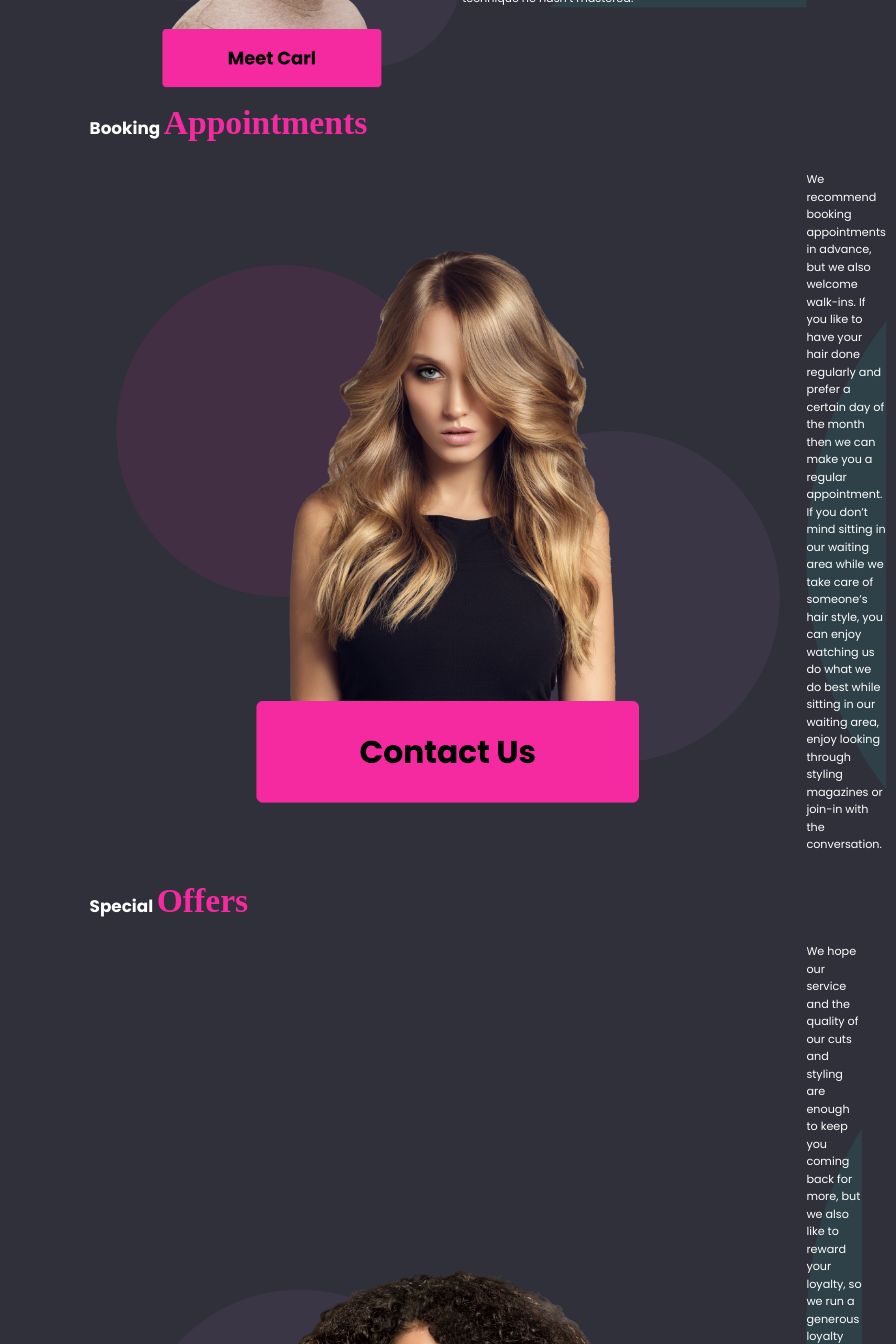
Repository: Troy-Bolt/verustroy-
Page: index.html
The author's editor kept a copy of each file at every save. The page is drawn from the files as they stood at one save, then again after the next save.
The browser window is 1280 px wide. The pictures show the part of the page from y = 2398 to 4318 px (the page is 9840 px tall before and 9380 px after), at 70% of full size.
Backgrounds fixed to the window are drawn as part of the page. Some web fonts or font styles are not loaded; a fallback is used.

Above is the page before, as saved 2022-04-27 09:07:24.

### index.html
<!DOCTYPE html>
<html lang="en">

<head>
    <meta charset="UTF-8">
    <meta http-equiv="X-UA-Compatible" content="IE=edge">
    <meta name="viewport" content="width=device-width, initial-scale=1.0">
    <title>Verus Amor</title>
    <link rel="stylesheet" href="/CSS/style.css">
    <script defer src="navbar.js"></script>
    <link href="https://fonts.googleapis.com/icon?family=Material+Icons" rel="stylesheet">
</head>

<body>
    <header>
        <h1 class="logo"><a class="current" href="/index.html" class="homepage-link">Verus Amor Barbers & Salon</a></h1>
        <input type="checkbox" name="" id="nav-toggle" class="nav-toggle">
        <nav>
            <ul class="size">
                <li><a href="/treatments.html">Treatments & Prices</a></li>
                <li><a href="/team.html">Team & Salon</a></li>
                <li><a href="/contact.html">Contact Us</a></li>
            </ul>
        </nav>
        <label for="nav-toggle" class="nav-toggle-label">
            <span></span>
        </label>
    </header>
    <div class="container">
        <h1 id="top-space">More than just <span>Hair</span></h1>

        <div class="row">

           <a class="colb" href=""><img src="img/AboutUs.png" alt="" class="col"></a>
            <p class="test text col">Verus Amor translates to True Love, something we show everyday in our work. Every
                cut,
                every colour, every shave is done with the utmost love, care and attention to detail. We love what we
                do,
                and nothing makes us happier than seeing our clients walk out of our salon looking their best - proudly
                showing off their new hair style along with a beaming smile. This makes us proud. So if you need a trim
                or
                fancy a new look, come and let us take care of you.</p>
        </div>

        <h1>Ethical <span>Treatments</span></h1>
        <div class="row">

            <a class="colb" href=""> <img src="img/EthTreatments.png" alt=""></a>
            <p class="test text col left-side">We believe in using vegan, sustainable and ethical products that don’t harm
                animals. We
                source from companies that leave less of a footprint on Mother Earth, and check their solutions are
                cruelty-free. You can relax, safe in the knowledge that whatever we’re using to style your hair has been
                checked and comes from an ethical and responsible place. There is enough cruelty in this world, and we
                believe that hairdressers and barbers can do their bit.</p>
        </div>
        <h1>Ladies' <span>Hairdressers</span></h1>
        <div class="row">

            <a class="colb" href="">  <img src="img/MeetDonna.png" alt=""></a>
            <p class="test text col">
                Donna has over two decades of experience cutting, colouring & styling ladies’ hair, with qualifications,
                accreditations & certifications covering everything from the basics of styling to more complex
                treatments. Skilled in blended ombré style & free-hand painted balayage colour techniques, & certified
                for OLAPLEX bond-building technology, this senior stylist is highly skilled in modern and traditional
                hairdressing, offering bespoke service to each client.
            </p>
        </div>
        <h1>Gents' <span>Barber</span></h1>
        <div class="row">

            <a class="colb" href="">  <img src="img/MeetCarl.png" alt=""></a>
            <p class="test text col">
                Master Barber Carl has been crafting fresh, stylish looks for men since before the millennium, & has a
                wealth of experience to help his clients in the barber’s chair. Beards, nasal hair, eyebrows, sideburns,
                modern, classic & traditional hairstyles - whatever the hair, he’ll help you make the most of it &
                ensure you leave feeling like a new man. His purpose in life is to make men look & feel great, and there
                isn’t a style or technique he hasn’t mastered.
            </p>
        </div>
        <h1>Booking <span>Appointments</span></h1>
        <div class="row">
            <img src="img/ContactUs.png" alt="">
            <p class="test text col">
                We recommend booking appointments in advance, but we also welcome walk-ins. If you like to have your
                hair done regularly and prefer a certain day of the month then we can make you a regular appointment. If
                you don’t mind sitting in our waiting area while we take care of someone’s hair style, you can enjoy
                watching us do what we do best while sitting in our waiting area, enjoy looking through styling
                magazines or join-in with the conversation.
            </p>
        </div>
        <h1>Special <span>Offers</span></h1>
        <div class="row">
            <img src="img/OurOffers.png" alt="">
            <p class="test text col">
                We hope our service and the quality of our cuts and styling are enough to keep you coming back for more,
                but we also like to reward your loyalty, so we run a generous loyalty scheme. We also recognise that
                senior citizens have earned the right to some friendly pricing, while children generally have smaller
                heads and parents have limited budgets, so we provide special prices for children under 12, plus those
                lucky enough to be enjoying their pension.
            </p>
        </div>
        <h1>Specialist <span>Products</span></h1>
        <div class="row">
            <img src="img/Services&Prices.png" alt="">
            <p class="test text col">
                Experience teaches us that using premium products doesn’t have to cost a fortune, but makes a big
                difference to the quality and the desired outcome, so we source the very best products to help us do our
                job properly, and make you look amazing. We are accredited and trained on some of the world’s most
                exciting brands, including OLAPLEX, PULP RIOT and FUDGE. We use these products on you in the salon &
                barbers, also offering them to clients.
            </p>
        </div>
    </div>
    <div class="container">
        <img src="img/ProductBanner.png" alt="" class="full-width">
        <div class="full-width reviews">
            <div class="tests">
                <h1>Our <span>Reviews</span></h1>
            </div>
        </div>
        <div class="carousel">
            <div class="slider">
                <section class="test-1">Always a friendly, professional experience with good advice and prices</section>
                <section class="test-1">Great cut, priced reasonably and lovely people</section>
                <section class="test-1">my wife used the salon  & is very pleased with results</section>
                <section class="test-1">Very nice couple</section>
            </div>
            <div class="control">
                <span class="arrow left">
                    <i class="material-icons">
                        keyboard_arrow_left
                    </i>
                </span>
                <span class="arrow right">
                    <i class="material-icons">
                        keyboard_arrow_right
                    </i>
                </span>
                <ul>
                    <li class="selected"></li>
                    <li></li>
                    <li></li>
                    <li></li>
                </ul>
            </div>
        </div>
    </div>
    <div class="container">
        <h1>Get <span>Directions</span></h1>
        <div class="row">
            <img src="img/FindUs.png" alt="">
            <p class="test text col">
                Experience teaches us that using premium products doesn’t have to cost a fortune, but makes a big
                difference to the quality and the desired outcome, so we source the very best products to help us do our
                job properly, and make you look amazing. We are accredited and trained on some of the world’s most
                exciting brands, including OLAPLEX, PULP RIOT and FUDGE. We use these products on you in the salon &
                barbers, also offering them to clients.
            </p>
        </div>
    </div>
    <iframe
        src="https://www.google.com/maps/embed?pb=!1m14!1m8!1m3!1d2412.6754060766534!2d0.735687!3d52.792161!3m2!1i1024!2i768!4f13.1!3m3!1m2!1s0x0%3A0xb57b11c6038ff279!2sVerus%20Amor%20Barbers%20%26%20Ladies%20Salon!5e0!3m2!1sen!2suk!4v1649070369054!5m2!1sen!2suk"
        width="100%" height="600" style="border:0;" allowfullscreen="" loading="lazy"
        referrerpolicy="no-referrer-when-downgrade"></iframe>


    </div>

    <div class="footer">
    <div class="row">
        <div class="grid">
            <h1 class="grid-main">.</h1>
        </div>
        <div class="gridA">

            <span class="foot">Twitter</span>
            <span class="foot">Facebook</span>

        </div>


   </div>


<div class="row">
    <div class="gridS"></div>
    <div class="gridB">
        <p>01328 633037</p>
        <p>Verus Amor Barbers & Ladies Salon</p>
        <p>The Kiptons, Blenheim Square, West Raynham, NR21 7PA</p>
    </div>
</div>
</body>
<script src="carousel.js"></script>

</html>

### CSS/style.css
@import url('https://fonts.googleapis.com/css2?family=Poppins:ital,wght@0,100;0,200;0,300;0,400;0,500;0,600;0,700;0,800;0,900;1,100;1,200;1,300;1,400;1,500;1,600;1,700;1,800;1,900&family=WindSong:wght@400;500&display=swap');


*, *::before, *::after {
    box-sizing: border-box;
}

/* html,body {
    width: 100%;
    height: 100%;
    padding: 0;
    overflow-x: hidden;
} */

body {
    margin: 0;
    background-color: #2F303A;
    color: #fff;
    font-family: Poppins;
}

#top-space {
    margin-top: 2.6em;
}

.container {
    width: 80%;
    max-width: 1400px;
    margin: 0 auto;
}

h1 {
    font-size: 1.5rem;
}

span {
    color: #F62AA0;
    font-size: 3rem;
}

.test {

    background-image: url('/img/HomePageTextBubble.png');

}


img {
    max-width: 100%;
    width: 50%;
    object-fit:scale-down;
}


.text {
    align-self: center;
}

@media (min-width: 800px) {
    .row {
        display: flex;
        justify-content: space-between;
    }
}

@media (max-width: 800px) {
    img {
        width: 100%;
    }
}

.row img{
    flex:70%;
    width: 100%;
}

.row p {
  flex:90%
}
span {
    font-family: 'WindSong', cursive;
}

.full-width {
    width: 100%;
}

.footer {
    /* background-image: url('/img/Footer.png'); */
    width: 100%;
    background-size: contain;
    background-repeat: no-repeat ;
    /* padding-top: 2.5em; */
    /* padding: 2.5em; */
}

@import url('https://fonts.googleapis.com/icon?family=Material+Icons');

.carousel {
    height: 600px;
    overflow: hidden;
    position: relative;
    border-radius: 5px;
    box-shadow: 0 0 4px rgba(0, 0, 0, 0.2), 0 4px 10px rgba(0, 0, 0, 0.1);
  }
  .slider {
    display: flex;
    height: 100%;
    width: 400%;
  }
  .slider section {
    flex-basis: 100%;
    justify-content: center;
    align-items: center;
    display: flex;
    font-size: 20px;
  }
  .left, .right {
    position: absolute;
    top: 50%;
    transform: translateY(-50%);
    cursor: pointer;
  }
  .arrow i {
    font-size: 70px;
    -webkit-user-select: none;
    color: #CDCDCD;
  }
  .left {
    left: 10px;
  }
  .right {
    right: 10px;
  }
  .control ul {
    list-style: none;
    display: flex;
    position: absolute;
    bottom: 0;
    left: 50%;
    margin: 0;
    padding: 0;
    transform: translate(-50%);
  }
  .control ul li {
    width: 10px;
    height: 10px;
    background: #333;
    border: 2px solid #333;
    border-radius: 50px;
    margin: 10px;
    cursor: pointer;

  }
  .control ul li.selected {
    background: transparent;
  }

  .test-1 {
      background-image: url(../img/Choosing-1.png);
      background-repeat: no-repeat;
      background-attachment: fixed;
      background-size: cover;
  }


@media (max-width: 600px) {
    .test-1{
        padding-left:4rem;
        padding-right:2rem;
    }

    .test-2{
        padding-left:4rem;
        padding-right:2rem;
    }
}




.reviews h1 {
    margin: 0;
}


/* nav */

.logo {
    font-size: 1.5rem;
    }

    header {
        background: #202027;
        text-align: center;
        position: fixed;
        z-index: 999;
        width: 100%;
        top: 0;
    }

    .nav-toggle {
        display: none;
    }

    .nav-toggle-label {
        position: absolute;
        top: 0;
        left: 0;
        margin-left: 1em;
        height: 100%;
        display: flex;
        align-items: center;
    }

    .nav-toggle-label span,
    .nav-toggle-label span::before,
    .nav-toggle-label span::after {
        display: block;
        background: #fff;
        height: 2px;
        width: 0.4em;
        border-radius: 2px;
        position: relative;
    }

    .nav-toggle-label span::before,
    .nav-toggle-label span::after {
        content: '';
        position: absolute;
    }

    .nav-toggle-label span::before {
        bottom: 7px;
    }
    .nav-toggle-label span::after {
        top: 7px;
    }

    nav {
        position: absolute;
        text-align: left;
        top: 100%;
        left: 0;
        background: #202027;
        width: 100%;
        transform: scale(1, 0);
        transform-origin: top;
        transition: transform 400ms ease-in-out;
    }

    nav ul {
        margin: 0;
        padding: 0;
        list-style: none;
    }

    nav li {
        margin-bottom: 1em;
        margin-left: 1em;
    }

    nav a {
        color: white;
        text-decoration: none;
        font-size: 1rem;
        opacity: 0;
        transition: opacity 150ms ease-in-out;
    }

    nav a:hover {
    color: gold;
    }

    .current {
        color: #fff;
    }

    li a:is(:link,:active).active {
        background-color: #443144;
        padding: 1.5rem;
        color: #443144;
    }
    a:is(:link,:active).active {
        color: gold;
    }

    nav:visited{
        text-decoration: none;
    }

    .nav-toggle:checked ~ nav{
    transform: scale(1, 1);
    }

    .nav-toggle:checked ~ nav a {
        opacity: 1;
        transition: opacity 250ms ease-in-out 250ms;
    }

    @media screen and (min-width: 1000px) {
        .nav-toggle-label {
            display: none;
        }
        header {
            display: grid;
            grid-template-columns: 1fr auto minmax(600px, 3fr) 1fr;
        }
        .logo {
            grid-column: 2 / 3;
        }
        nav {
            all: unset;
            grid-column: 3 / 4;
            display: flex;
            justify-content: flex-end;
            align-items: center;
        }
        nav a {
            opacity: 1;
            position: relative;
        }
        nav a::before {
            content: ' ';
            display: block;
            height: 5px;
            background: #DFAF1F;
            position: absolute;
            top: -.75em;
            left: 0;
            right: 0;
            transform: scale(0, 1);
            transition: transform ease-in-out 250ms;
        }
        nav a:hover::before {
            transform: scale(1, 1);
        }
        nav ul {
            display: flex;
            justify-content: flex-end;
        }
        nav li {
            margin-left: 3em;
            margin-bottom: 0;
        }
    }

    @media (min-width: 1900px) {
    .logo {
        font-size: 3rem;
    }
    nav a {
        font-size: 1.5rem;
    }
}

    /* @media (min-width: 0px) {
        p { font-size: 1rem; }
        h4 { font-size: 1.5rem; }
        h3 { font-size: 2rem; }
        h2 {font-size: 2.5rem}
        h1 {font-size: 3rem}
        span { font-size: 5rem}
      }

      @media (min-width: 400px) {
        p { font-size: calc(1rem + 1vw); }
        h4 { font-size: calc(1.5rem + 1vw);}
        h3 { font-size: calc(2rem + 1vw);}
        h2 { font-size: calc(2.5rem + 1vw);}
        h1 { font-size: calc(3rem + 1vw);}
        span { font-size: calc(5rem + 1vw);}
      }

      @media (min-width: 1001px){
        p { font-size: 1.75rem; }
        h4 { font-size: 1.75; }
        h3 {font-size: 2.75rem;}
        h2 { font-size: 3.75rem;}
        h1 {font-size: 4.25rem;}
        span {font-size: 6.25rem;}
      } */


      .img-centered {
          width: 100%;
      }

      .space {
          margin-bottom: 4em;
      }

      .pink-text {
          font-size:6rem;
      }

      .footer-layout {
          display: grid;
          grid-auto-rows: repeat(3, 1fr);

      }

      .footer{
        background-image: url('/img/Footer.png');
        width: 100%;
        background-size: cover;
      }

   @media(max-width:400px){
       .footer{
        background-image: url('/img/Footer.png');
        width: 100%;
        background-size: contain;
       }
   }

      .foot{
          padding-left: 1.5rem;
          font-family: "poppins";
          color: white;
            font-size: 1.5rem;





      }


   .grid-main{
       font-size:2.5rem;
      padding-left: 4.5rem;
      margin-top: 6rem;




   }
   @media (max-width: 750px){
         .grid-main{
              font-size:1.5rem;
         }

   }

   /* .grid{
       width: 70%;
         float:left;

   }

   .gridA{
       width: 30%;
         float:left;

   } */

  .gridA{

  }


            @media screen and (min-width: 1000px) {
.gridA{
    width: 25%;
    float:left;
    /* padding-top: 2.5rem; */


}
          }



          .gridB{

        }


                  @media screen and (min-width: 1000px) {
      .gridB{
          width: 50%;
          float:left;
          padding-top: 2.5rem;
          text-align: right;
          padding-right: 6.5rem;


      }
                }

### navbar.js
const activePage = window.location.pathname;
// console.log(activePage);

const navLinks = document.querySelectorAll('nav a').
forEach(link => {
    console.log(link.href);
    if(link.href.includes(`${activePage}`)){

        link.classList.add('active');
    }
})

### carousel.js
const left = document.querySelector('.left');
const right = document.querySelector('.right');

const slider = document.querySelector('.slider');

const indicatorParent = document.querySelector('.control ul');
const indicators = document.querySelectorAll('.control li');
index = 0;

indicators.forEach((indicator, i) => {
  indicator.addEventListener('click', () => {
    document.querySelector('.control .selected').classList.remove('selected');
    indicator.classList.add('selected');
    slider.style.transform = 'translateX(' + (i) * -25 + '%)';
    index = i;

  });
});

left.addEventListener('click', function() {
  index = (index > 0) ? index -1 : 0;
  document.querySelector('.control .selected').classList.remove('selected');
  indicatorParent.children[index].classList.add('selected');
  slider.style.transform = 'translateX(' + (index) * -25 + '%)';
});

right.addEventListener('click', function() {
  index = (index < 4 - 1) ? index+1 : 3;
  document.querySelector('.control .selected').classList.remove('selected');
  indicatorParent.children[index].classList.add('selected');
  slider.style.transform = 'translateX(' + (index) * -25 + '%)';
});

After the next save:
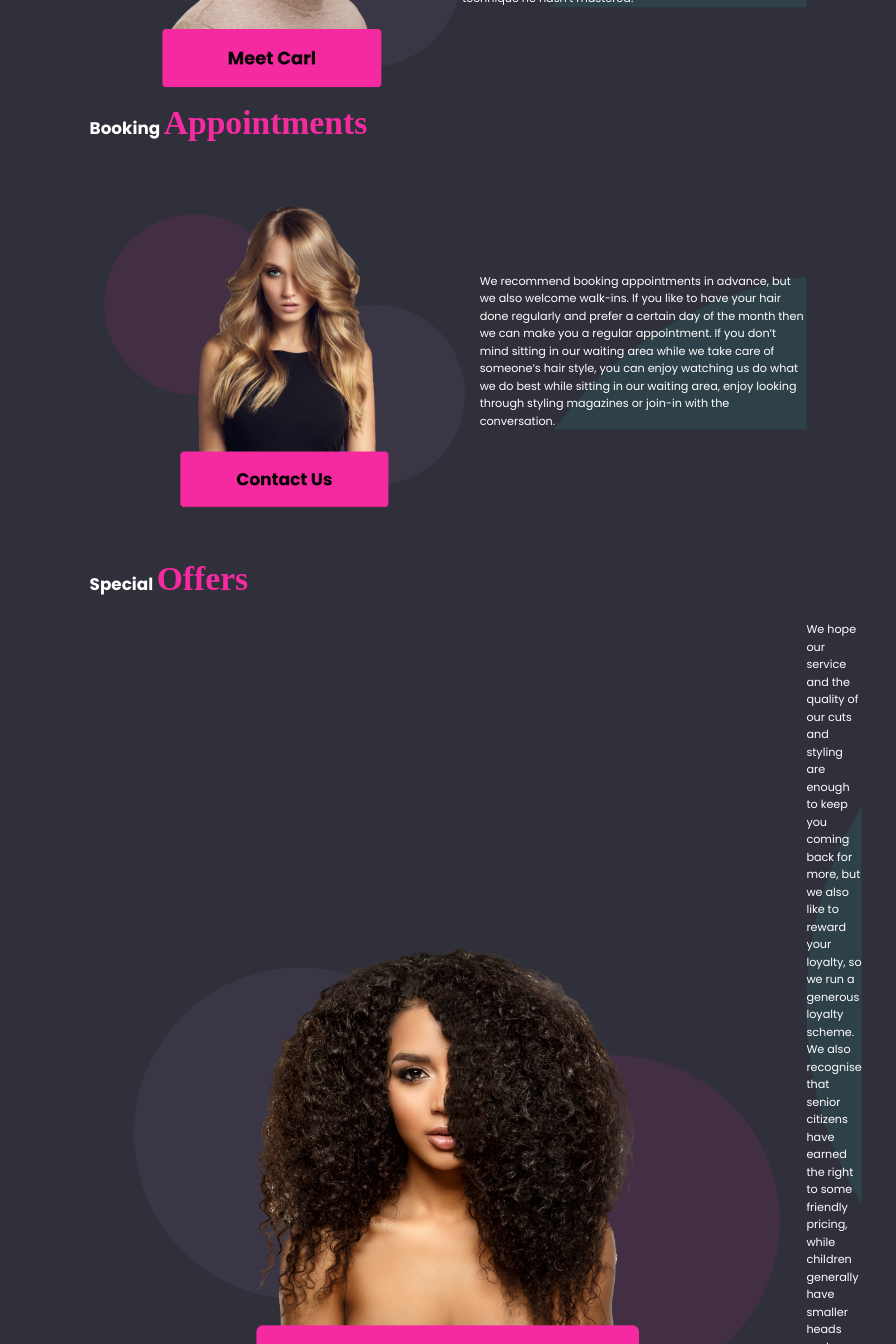
Saved 7 s later.
--- a/index.html
+++ b/index.html
@@ -79,7 +79,8 @@
         </div>
         <h1>Booking <span>Appointments</span></h1>
         <div class="row">
-            <img src="img/ContactUs.png" alt="">
+
+            <a class="colb" href="">   <img src="img/ContactUs.png" alt=""></a>
             <p class="test text col">
                 We recommend booking appointments in advance, but we also welcome walk-ins. If you like to have your
                 hair done regularly and prefer a certain day of the month then we can make you a regular appointment. If
